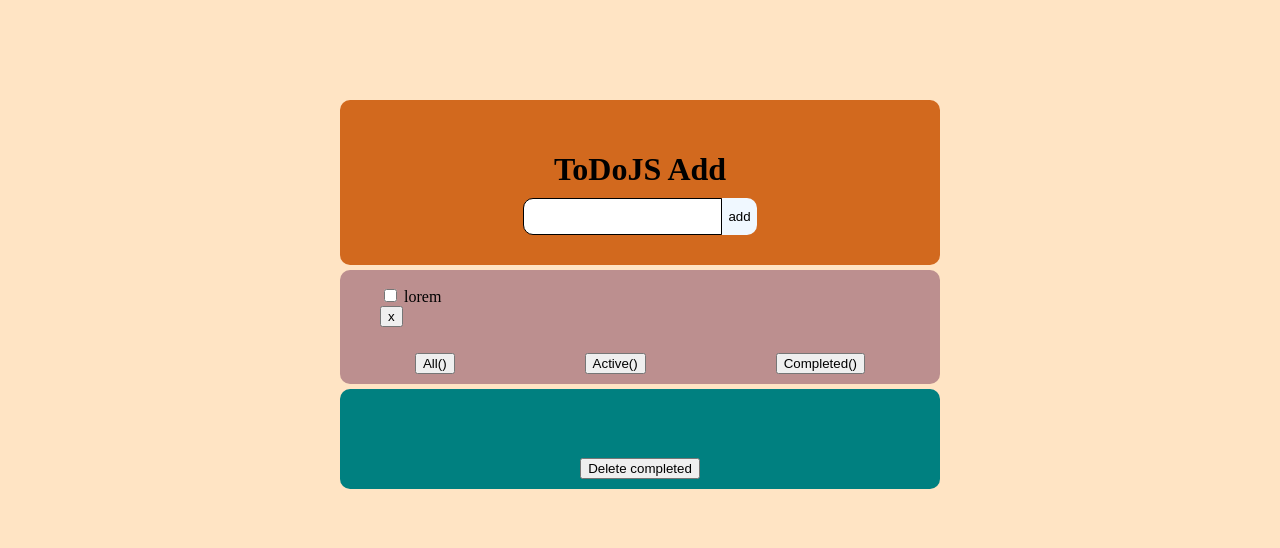
Repository: Savich01/todoTest
Page: index.html
These files come from the project's save history. The page is drawn as it stood at one moment and after the next save; the edit follows.
The browser window is 1280 px wide. The pictures show the whole page.

Above is the page before, as saved 2024-05-08 10:35:18.

### index.html
<!DOCTYPE html>
<html lang="en">
<head>
    <meta charset="UTF-8">
    <meta name="viewport" content="width=device-width, initial-scale=1.0">
    <link rel="stylesheet" href="css/style.css">
    <title>ToDO</title>
</head>
<body>
    <header class="header">
        <div class="header-block">
            <div class="header-block__sub">
                <h1 class="title">ToDoJS Add</h1>
                <form class="personal" action="#">
                    <input class="personal-input" type="text">
                    <button class="personal-btn">add</button>
                </form>
            </div>
        </div>
    </header>
     <main class="main">
        <div class="main-block">

            <div class="main-container">
                <ul class="main-container--list">
                    <li class="main-container--list-link">
                        <input class="main-checked" type="checkbox" data-action = "done">
                        <span class="main-text main-text--done">lorem</span>
                    </li>
                    <button class="main--list-btn" data-action = "delete">
                        х
                    </button>
               </ul>
            </div>




            <div class="main-button">
                 <button class="main-btn1">All()</button>
                 <button class="main-btn2">Active()</button>
                 <button class="main-btn3">Completed()</button>
            </div>
            </div>
     </main>
     <footer class="footer">
        <div class="footer-block">
            <div class="footer-btn">
                <button class="btn">Delete completed</button>
            </div>
        </div>
     </footer>
        <script src="js/script.js"></script>
</body>
</html>

### css/style.css
ul,li {
    text-decoration: none;
    list-style: none;
}


/*------------HEADER-------------------------------------*/

body {
    max-width: 100%;
    background: #FFE4C4;
}
.header {
    margin-top: 100px;
    margin-bottom: 5px;
}
.header-block {
    max-width: 600px;
    margin: 0 auto;
    background: #D2691E;
    border-radius: 10px;
}
 .header-block__sub {
    display: flex;
    flex-direction: column;
    justify-content: center;
    align-items: center;
    padding: 30px 0px;
 }

 .title {
    margin-bottom: 10px;
 }

 .personal {
    display: flex;
    justify-content: center;
 }

 .personal-input{
    padding: 10px;
    border: 1px solid #000;
    border-radius: 10px 0px 0px 10px;
 }
.personal-btn {
    border: none;
    background-color: aliceblue;
    border-radius: 0px 10px 10px 0px;
    cursor: pointer;
}
/*------------------MAIN-------------------------------------*/

.main-block {
   max-width: 600px;
   margin: 0 auto;
   background: #BC8F8F;
   min-height: 70px;
   border-radius: 10px;
   display:flex;
   flex-direction: column;
   justify-content: space-between;
   margin-bottom: 5px;
}

.main-block--list{
    display: flex;
    align-items: center;
    justify-content: center;
    padding-right: 47px;
}

.main-block--list-link{
    display: flex;
    align-items: center;
}

.main-block--text{
    margin-left: 10px;
}

.checkbox-active{
    width: 20px;
    height: 17px;
}

.main-block--text{
    transform: translateY(1px);
}

.main-list{
  padding: 0px 30px;
}
.main-list--link{
  display: flex;
  align-items: center;
  justify-content: space-between;
  margin-bottom: 15px;
  padding: 10px;
  background-color: #FFE4C4;
}



























.main-button {
    padding: 10px;
    display: flex;
    align-items: flex-end;
    justify-content: space-around
}

/* .main-container {
    background: rgba(183, 231, 62, 0.699);
    border-radius: 20px;
    margin: 15px;
    /* display: none; */
/* } */

/* .main-container--list{
    background-color: #20B2AA;
    border-radius: 10px;
    margin: 25px;
    display: flex;
    align-items: center;
    justify-content: space-between;
} */

/* .main-container--list-link {
    padding: 10px;
    display: flex;
    align-items: center;
    justify-content: space-between;
} */
/* .main-checked{
    width: 20px;
    height: 16px;
    cursor: pointer;
} */
/* .main-text{
    display: inline-block;
    margin-left: 15px;
    transform: translateY(1px);
} */
/* .main--list-btn{
    min-width: 20px;
    max-width: 23px;
    background: #FFFFE0;
    align-items: center;
    margin-right: 25px;
    cursor: pointer;
    border: none;
    background: #B22222;
} */
/*--------------*/

/*--------------*/


/*------------------FOOTER--------------------------------------------------*/

.footer-block {
    max-width: 600px;
    margin: 0 auto;
    background: #008080;
    height: 100px;
    border-radius: 10px;
    display: flex;
    align-items: flex-end;
    justify-content: space-around;
}
.footer-btn {
    padding: 10px;
}

Loaded but not shown: js/script.js (no copy from this time; the picture is the same without it)

After the next save:
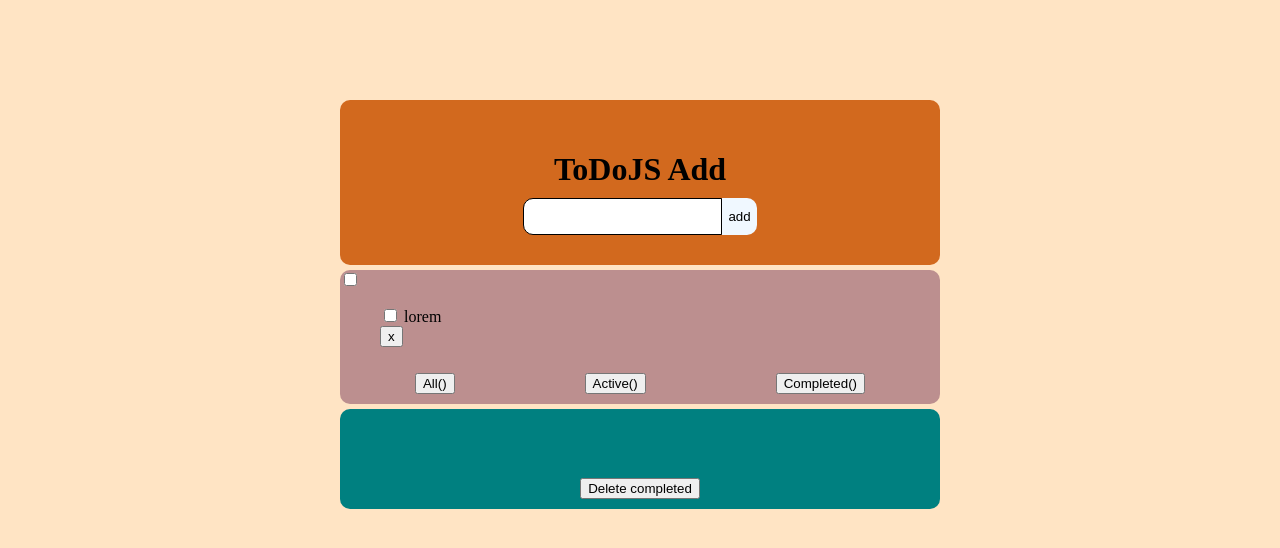
Saved 114 s later.
--- a/index.html
+++ b/index.html
@@ -22,6 +22,7 @@
         <div class="main-block">
 
             <div class="main-container">
+                <input class="checkbox-Active" type="checkbox">
                 <ul class="main-container--list">
                     <li class="main-container--list-link">
                         <input class="main-checked" type="checkbox" data-action = "done">
